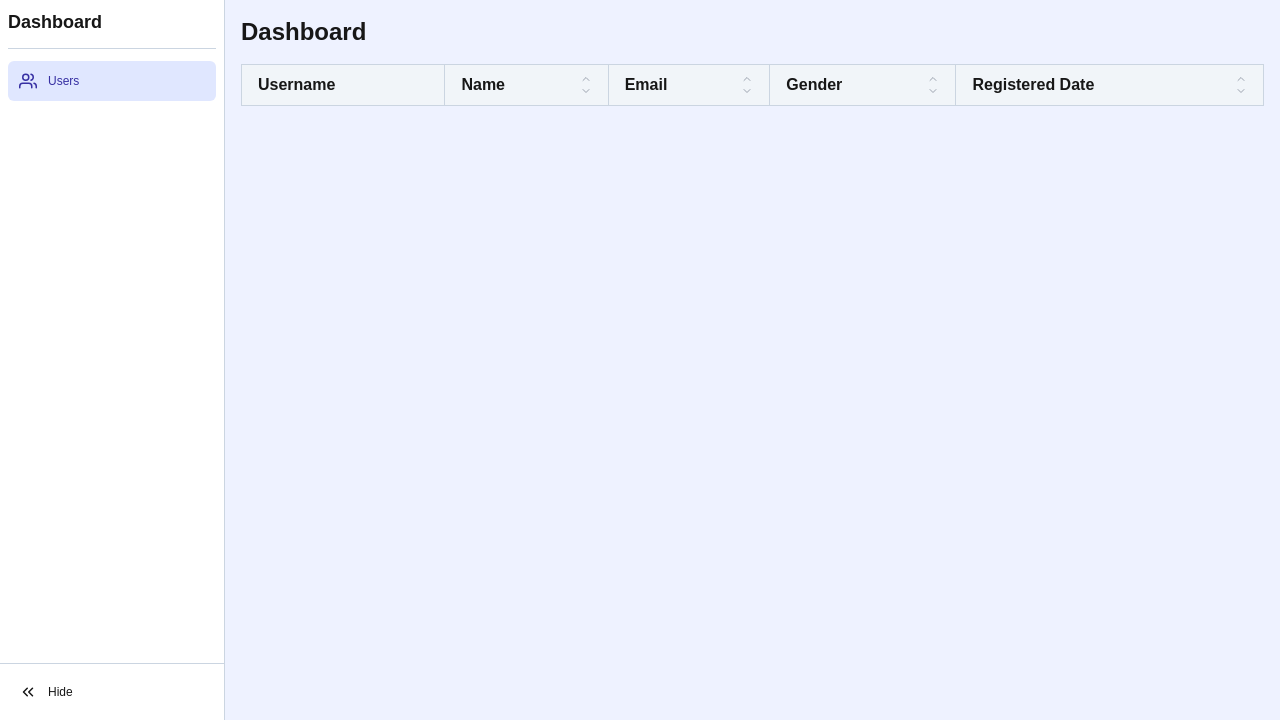
Repository: Ademaulana100499/userdashboard
Page: /
An editor plug-in stored every save of this project. The page is shown before and after the next save, followed by the edit.
The browser window is 1280 px wide. The pictures show the whole page.
The page's requests for data from a server got no answer. The project was rebuilt for these pictures with package versions that can differ from the ones it lists, and the page was loaded fresh each time. The framework's server and built-in components were replaced by stand-ins that run in the browser. No one was signed in, and anything a server would have sent is missing. Also part of the build but not shown: next.config.mjs.

Above is the page before, as saved 2025-02-14 21:15:40.

After the next save:
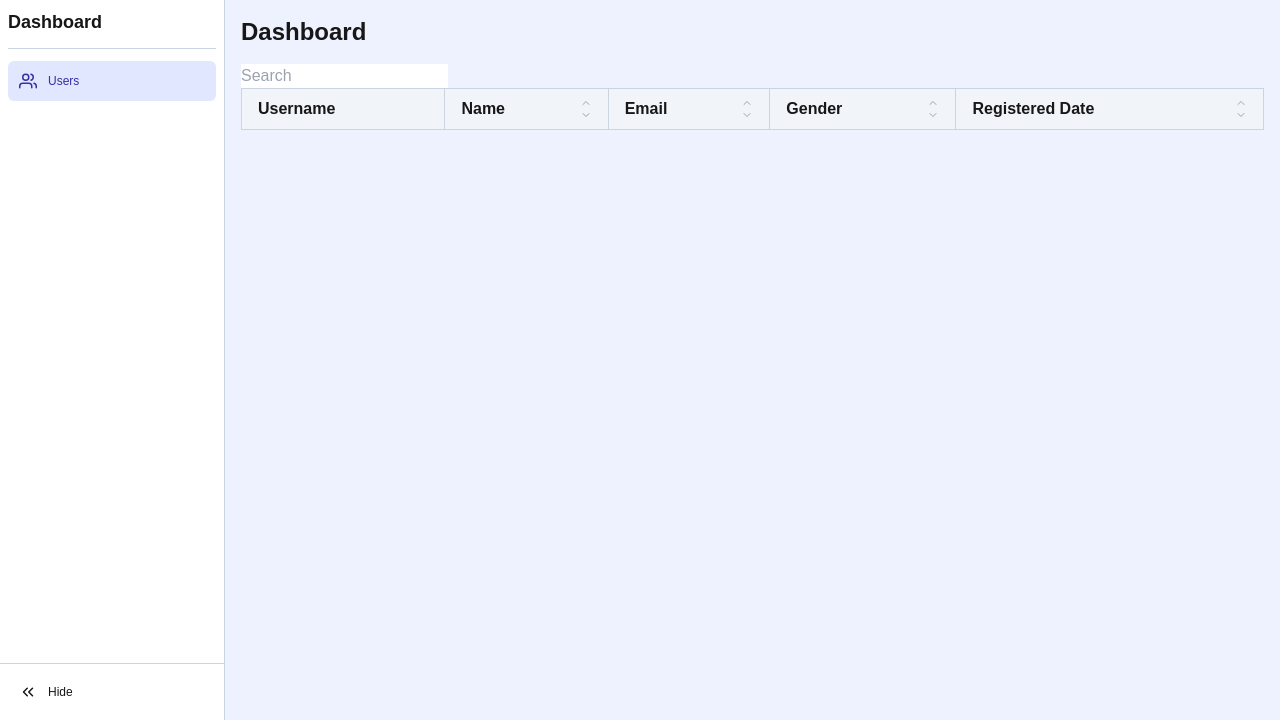
Saved 62 s later.
--- a/src/components/DashboardContent.jsx
+++ b/src/components/DashboardContent.jsx
@@ -53,6 +53,9 @@ const DashboardContent = () => {
   return (
     <div className="flex-1 p-4">
       <h1 className="text-2xl font-semibold mb-4">Dashboard</h1>
+      <div>
+        <input type="search" placeholder="Search" />
+      </div>
       <table className="min-w-full table-auto border-collapse border border-slate-300">
         <thead>
           <tr className="bg-slate-100">
